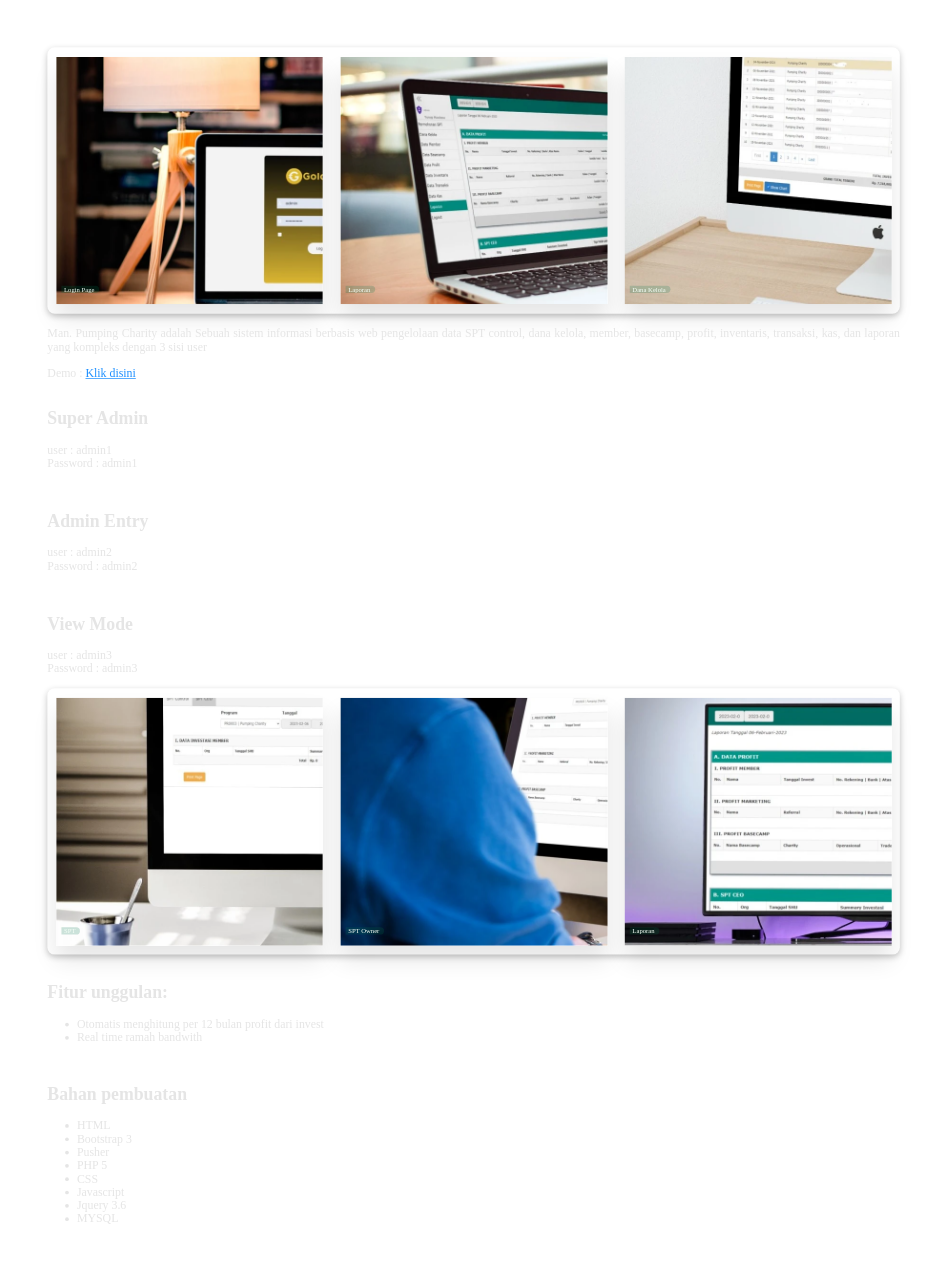
Repository: yusup-maulana/yusup-maulana.github.io
Page: portofolio-manpumping.html
An editor plug-in stored every save of this project. The page is shown before and after the next save, followed by the edit.
The browser window is 1280 px wide. The pictures show the whole page, at 74% of full size.
Some web fonts or font styles are not loaded; a fallback is used.

Above is the page before, as saved 2023-02-06 13:11:42.

### portofolio-manpumping.html
<style type="text/css">
    @import url('https://fonts.googleapis.com/css?family=Baloo+Chettan+2&display=swap');

    .body2::-webkit-scrollbar {
        width: 0.5em;
    }

    .body2::-webkit-scrollbar-track {
        box-shadow: inset 0 0 6px rgb(167 167 167 / 41%);
        background-color: #061e29;
    }

    .body2::-webkit-scrollbar-thumb {
        background-color: #00f1ffab;
    }

    .body2 {
        font-family: 'Baloo Chettan 2';
        color: #e5e5e5;
        margin: 2%;
        text-align: justify;
        padding: 3%;
    }

    .body2 a {
        color: dodgerblue;
    }

    /* table wisata ...................*/
    .twisata {}

    .twisata tr {
        background: linear-gradient(90deg, #1193a1, transparent);
        color: white;
        font-weight: 900;
        border: 3px solid #ffffff;
    }

    .twisata tr td {}

    .twisata tr td span {
        background: #bdffda;
        font-weight: 900;
        padding: 1px 6px;
        border-radius: 5px;
        color: #08102b;
    }

    /* wisata-container ...................*/
    .container-wisata {
        box-shadow: rgb(0 0 0 / 24%) 0px 3px 8px;
        display: flex;
        width: 100%;
        padding: 1% 0%;
        box-sizing: border-box;
        height: 50vh;
        border-radius: 10px;
    }

    .boxwisata {
        flex: 1;
        overflow: hidden;
        transition: 0.5s;
        margin: 1px 1%;
        box-shadow: 0 20px 30px rgba(0, 0, 0, 0.1);
        line-height: 0;
    }

    .boxwisata>img {
        width: 200%;
        height: calc(100% - 10vh);
        object-fit: cover;
        transition: 0.5s;
        height: 100% !important;
    }

    .boxwisata>span {
        position: relative;
        left: 7px;
        font-size: xx-small;
        color: #f5fff7 !important;
        bottom: 20px;
        white-space: nowrap;
        background-color: rgb(1 118 74 / 20%);
        padding: 0 6px 0 4px;
        border-radius: 0 10px 10px 0;
    }

    .boxwisata:hover {
        flex: 1 1 50%;
    }

    .boxwisata:hover>img {
        width: 100%;
        height: 100%;
    }
</style>
<div class="container-wisata">
    <div class="boxwisata">
        <img alt="Curug Cipalasari" src="IMG/pumpingcharity/man.pumpingc1.webp" />
        <span>Login Page</span>
    </div>
    <div class="boxwisata">
        <img alt="Curug Cipalasari" src="IMG/pumpingcharity/man.pumpingc2.webp" />
        <span>Laporan</span>
    </div>
    <div class="boxwisata">
        <img alt="Curug Cipalasari" src="IMG/pumpingcharity/man.pumpingc3.webp" />
        <span>Dana Kelola</span>
    </div>
</div>
<br />

<body class="body2"> Man. Pumping Charity adalah Sebuah sistem informasi berbasis web pengelolaan data SPT control,
    dana
    kelola, member, basecamp, profit, inventaris, transaksi, kas, dan laporan yang kompleks dengan 3 sisi user
    <br><br>

    Demo : <a target="_blank" href="https://maulana-project122.000webhostapp.com/">Klik disini</a><br>
    <br>
    <h2>Super Admin</h2>
    user : admin1<br>
    Password : admin1 <br>
    <br><br>

    <h2>Admin Entry</h2>
    user : admin2<br>
    Password : admin2 <br>
    <br><br>

    <h2>View Mode</h2>
    user : admin3<br>
    Password : admin3 <br>
    <br>
    <div class="container-wisata">
        <div class="boxwisata">
            <img alt="Curug Cipalasari" src="IMG/pumpingcharity/man.pumpingc4.webp" />
            <span>SPT</span>
        </div>
        <div class="boxwisata">
            <img alt="Curug Cipalasari" src="IMG/pumpingcharity/man.pumpingc5.webp" />
            <span>SPT Owner</span>
        </div>
        <div class="boxwisata">
            <img alt="Curug Cipalasari" src="IMG/pumpingcharity/man.pumpingc6.webp" />
            <span>Laporan</span>
        </div>
    </div>
    <br>

    <h2>Fitur unggulan:</h2>
    <ul>

        <li>Otomatis menghitung per 12 bulan profit dari invest</li>
        <li>Real time ramah bandwith</li>
    </ul>
    </ul>
    <br>
    <h2>Bahan pembuatan</h2>
    <ul>
        <li>HTML</li>
        <li>Bootstrap 3</li>
        <li>Pusher</li>
        <li>PHP 5</li>
        <li>CSS</li>
        <li>Javascript</li>
        <li>Jquery 3.6</li>
        <li>MYSQL</li>
    </ul>

</body>

After the next save:
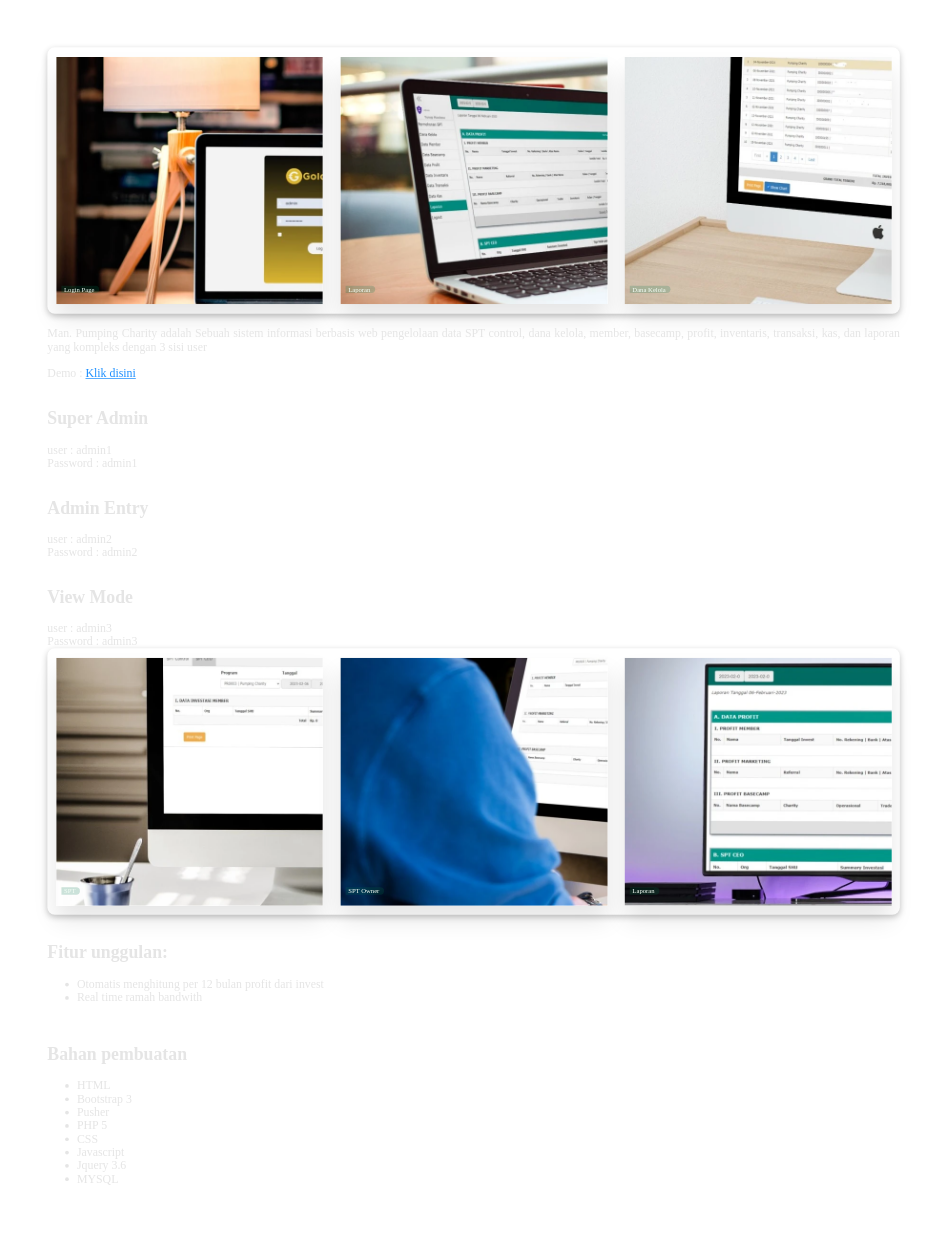
Saved 4 min 54 s later.
--- a/portofolio-manpumping.html
+++ b/portofolio-manpumping.html
@@ -120,17 +120,17 @@
     <br>
     <h2>Super Admin</h2>
     user : admin1<br>
-    Password : admin1 <br>
+    Password : admin1
     <br><br>
 
     <h2>Admin Entry</h2>
     user : admin2<br>
-    Password : admin2 <br>
+    Password : admin2
     <br><br>
 
     <h2>View Mode</h2>
     user : admin3<br>
-    Password : admin3 <br>
+    Password : admin3
     <br>
     <div class="container-wisata">
         <div class="boxwisata">
